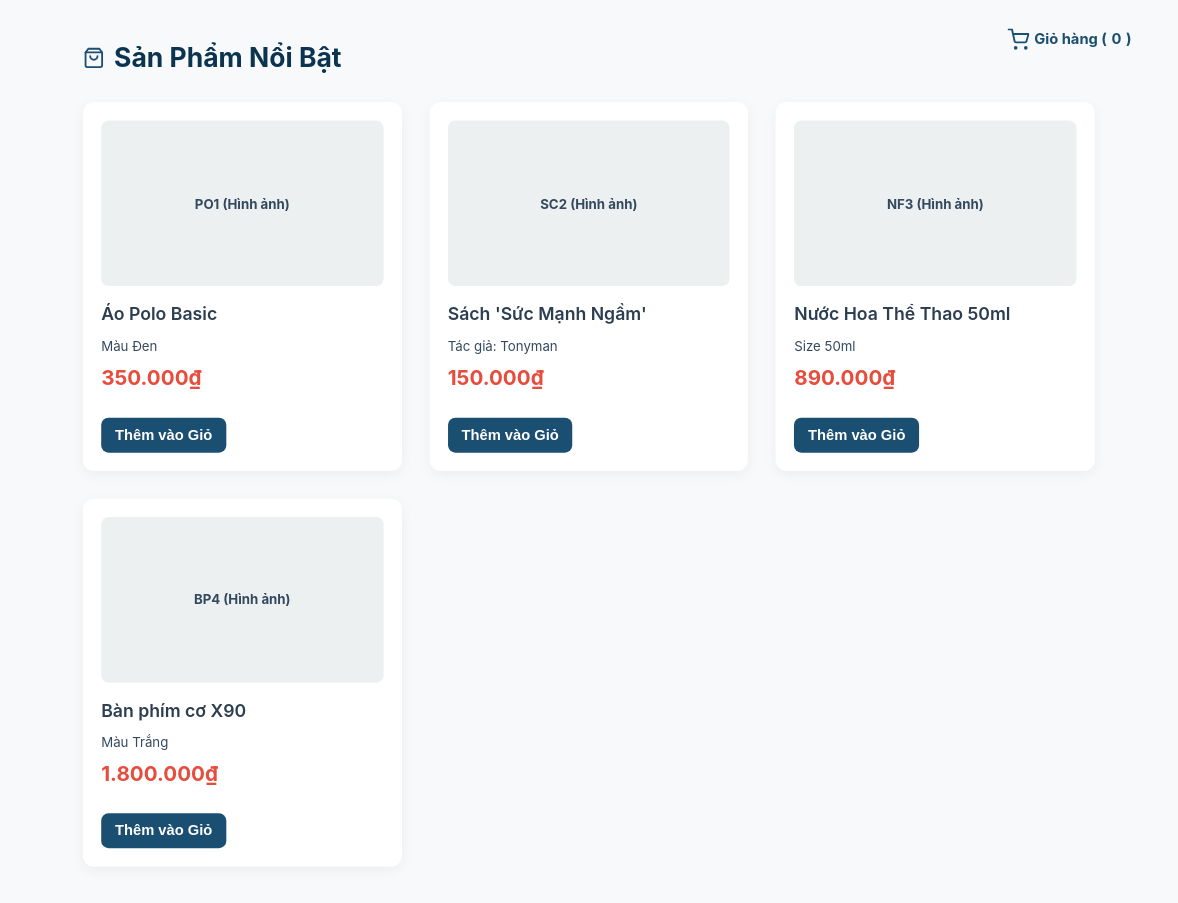
Repository: binhphanbp/ECMAScript_WEB501_WD20301
Page: Lab/Lab4/Lab444/products.html
These files come from the project's save history. The page is drawn as it stood at one moment and after the next save; the edit follows.
The browser window is 1280 px wide. The pictures show the whole page, at 92% of full size.

Above is the page before, as saved 2025-09-30 10:05:30.
Console error (its wording comes from the project's code and is left out).

### Lab/Lab4/Lab444/products.html
<!DOCTYPE html>
<html lang="vi">
  <head>
    <meta charset="UTF-8" />
    <meta name="viewport" content="width=device-width, initial-scale=1.0" />
    <title>Danh sách Sản phẩm</title>
    <link rel="stylesheet" href="style.css" />
    <style>
      /* CSS Riêng cho trang Products */
      .products-grid {
        display: grid;
        grid-template-columns: repeat(auto-fit, minmax(280px, 1fr));
        gap: 30px;
      }
      .product-card {
        background: var(--card-bg);
        border-radius: var(--border-radius);
        box-shadow: var(--shadow-light);
        padding: 20px;
        display: flex;
        flex-direction: column;
        transition: transform 0.2s;
      }
      .product-card:hover {
        transform: translateY(-5px);
        box-shadow: 0 8px 20px rgba(0, 0, 0, 0.1);
      }
      .product-image {
        width: 100%;
        height: 180px;
        background-color: #ecf0f1;
        border-radius: 8px;
        margin-bottom: 15px;
        display: flex;
        align-items: center;
        justify-content: center;
        font-size: 0.9rem;
        color: var(--text-color);
        font-weight: bold;
      }
      .product-title {
        font-size: 1.2rem;
        color: var(--blue-info);
        margin-bottom: 8px;
        font-weight: 600;
      }
      .product-price {
        font-size: 1.4rem;
        color: var(--red-sale);
        font-weight: bold;
        margin-top: auto;
        margin-bottom: 15px;
      }
      .product-card .btn {
        margin-top: 10px;
        width: auto;
        align-self: flex-start;
        padding: 10px 15px;
        font-size: 1rem;
      }
      .cart-icon-link {
        position: fixed;
        top: 30px;
        right: 50px;
        text-decoration: none;
        color: var(--primary-color);
        font-weight: bold;
        display: flex;
        align-items: center;
        gap: 5px;
      }
      .cart-count {
        background-color: var(--red-sale);
        color: white;
        border-radius: 50%;
        padding: 3px 8px;
        font-size: 0.8rem;
      }
    </style>
  </head>
  <body>
    <main class="container">
      <h1 class="page-title">
        <svg
          xmlns="http://www.w3.org/2000/svg"
          width="24"
          height="24"
          viewBox="0 0 24 24"
          fill="none"
          stroke="currentColor"
          stroke-width="2"
          stroke-linecap="round"
          stroke-linejoin="round"
        >
          <path d="M6 2L3 6v14c0 1.1.9 2 2 2h14a2 2 0 0 0 2-2V6l-3-4H6z" />
          <path d="M3 6h18" />
          <path d="M16 10a4 4 0 0 1-8 0" />
        </svg>
        Sản Phẩm Nổi Bật
      </h1>

      <a href="cart.html" class="cart-icon-link">
        <svg
          xmlns="http://www.w3.org/2000/svg"
          width="24"
          height="24"
          viewBox="0 0 24 24"
          fill="none"
          stroke="currentColor"
          stroke-width="2"
          stroke-linecap="round"
          stroke-linejoin="round"
        >
          <circle cx="9" cy="21" r="1" />
          <circle cx="20" cy="21" r="1" />
          <path
            d="M1 1h4l2.68 12.08a2 2 0 0 0 2 1.92h9.23a2 2 0 0 0 2-1.92L23 6H6"
          />
        </svg>
        Giỏ hàng (<span id="global-cart-count">0</span>)
      </a>

      <div id="products-grid" class="products-grid"></div>
    </main>

    <script src="main.js"></script>
  </body>
</html>

### Lab/Lab4/Lab444/style.css
/* ==========================================================
   1. VARIABLES & RESET
   ========================================================== */
:root {
  --primary-color: #1b4f72; /* Xanh Navy Đậm */
  --primary-dark: #0a3450; /* Xanh Gần Đen */
  --text-color: #34495e; /* Xám đậm */
  --background-color: #f8f9fa; /* Nền trang trắng/xám rất nhạt */
  --card-bg: #ffffff;
  --border-color: #e0e0e0;
  --shadow-light: 0 4px 15px rgba(0, 0, 0, 0.05);
  --spacing-md: 20px;
  --border-radius: 12px;
  --red-sale: #e74c3c; /* Giá sale */
  --blue-info: #2c3e50; /* Tiêu đề khối */
  --active-bg-light: #e6f7ff; /* Nền sáng khi active */
}

* {
  box-sizing: border-box;
  margin: 0;
  padding: 0;
}

body {
  font-family: 'Inter', 'Arial', sans-serif;
  line-height: 1.6;
  color: var(--text-color);
  background-color: var(--background-color);
}

.container {
  width: 90%;
  max-width: 1100px;
  margin: 40px auto;
}

/* ==========================================================
   2. TYPOGRAPHY & HEADERS
   ========================================================== */
.page-title {
  font-size: 1.8rem;
  color: var(--primary-dark);
  margin-bottom: 25px;
  display: flex;
  align-items: center;
}
.page-title svg {
  margin-right: 10px;
  color: var(--primary-color);
}
h2 {
  font-size: 1.3rem;
  margin-bottom: var(--spacing-md);
  color: var(--blue-info);
}

/* ==========================================================
   3. LAYOUT & BOXES
   ========================================================== */
.main-layout {
  display: grid;
  grid-template-columns: 2fr 1.2fr;
  gap: 30px;
  align-items: flex-start;
}

.content-box {
  padding: var(--spacing-md);
  background: var(--card-bg);
  border-radius: var(--border-radius);
  box-shadow: var(--shadow-light);
}

/* ==========================================================
   4. BUTTONS & FORMS
   ========================================================== */
.btn {
  display: block;
  width: 100%;
  padding: 12px 20px;
  text-align: center;
  text-decoration: none;
  border-radius: 8px;
  font-weight: bold;
  cursor: pointer;
  transition: all 0.2s;
  border: none;
  font-size: 1.1rem;
}

.btn-primary {
  background-color: var(--primary-color);
  color: white;
}

.btn-primary:hover {
  background-color: var(--primary-dark);
  transform: translateY(-1px);
  box-shadow: 0 5px 15px rgba(27, 79, 114, 0.3);
}

.change-address-btn {
  color: var(--primary-color);
  text-decoration: none;
  font-size: 0.9rem;
  cursor: pointer;
}

.form-group input,
.form-group textarea,
.form-group select {
  width: 100%;
  padding: 10px;
  border: 1px solid #ced4da;
  border-radius: 6px;
  font-size: 1rem;
  transition: all 0.2s;
}

/* ==========================================================
   5. CART PAGE SPECIFIC (CẢI THIỆN LỚN)
   ========================================================== */
.cart-items-list {
  display: flex;
  flex-direction: column;
}
.cart-item {
  display: grid;
  grid-template-columns: 3fr 1fr 1fr 50px; /* Info | Quantity | Subtotal | Delete */
  gap: 15px;
  align-items: center;
  padding: 15px 0;
  border-bottom: 1px solid var(--border-color);
}
.item-info {
  display: flex;
  align-items: center;
  gap: 15px;
}
.item-img-placeholder {
  width: 60px;
  height: 60px;
  min-width: 60px;
  background-color: #ecf0f1;
  border-radius: 6px;
  display: flex;
  align-items: center;
  justify-content: center;
  font-weight: bold;
  color: var(--text-color);
  font-size: 0.8rem;
  overflow: hidden;
}
.item-details strong {
  display: block;
  font-size: 1rem;
  color: var(--blue-info);
  margin-bottom: 4px;
}
.item-details p {
  font-size: 0.85rem;
  color: #7f8c8d;
}

/* Nút Cộng/Trừ làm đẹp hơn */
.quantity-control {
  display: flex;
  align-items: center;
  border: 1px solid var(--border-color);
  border-radius: 6px;
  overflow: hidden;
  height: 38px;
}
.quantity-control button {
  background: none;
  border: none;
  padding: 0 12px;
  height: 100%;
  cursor: pointer;
  font-weight: bold;
  color: var(--primary-color);
  transition: background-color 0.2s;
}
.quantity-control button:hover {
  background-color: var(--active-bg-light);
}
.quantity-control input {
  width: 40px;
  text-align: center;
  border: none;
  padding: 0;
  font-weight: 600;
}
.item-subtotal {
  text-align: right;
  font-weight: bold;
  color: var(--red-sale);
}
.delete-btn {
  background: none;
  border: none;
  color: var(--red-sale);
  cursor: pointer;
  opacity: 0.7;
  transition: opacity 0.2s;
}
.delete-btn:hover {
  opacity: 1;
}

/* Voucher List Cải tiến */
.voucher-list {
  margin-bottom: 20px;
  /* Giới hạn chiều cao cho scroll thông minh (tối đa 3 voucher + padding) */
  max-height: calc(3 * 60px + 10px);
  overflow-y: auto;
  padding-right: 10px;
  scrollbar-width: thin;
  scrollbar-color: var(--primary-color) var(--border-color);
}
.voucher-item {
  padding: 10px;
  border: 1px solid var(--border-color);
  border-radius: 8px;
  margin-bottom: 10px;
  cursor: pointer;
  font-size: 0.9rem;
  transition: all 0.2s;
  display: flex;
  justify-content: space-between;
  align-items: center;
  position: relative;
  background-color: #f7f9fb;
}
.voucher-item.active {
  border-color: var(--primary-color);
  background-color: var(--active-bg-light);
  font-weight: bold;
  box-shadow: 0 0 0 2px var(--primary-color) inset;
}
.voucher-item strong {
  font-size: 1.1rem;
  color: var(--primary-dark);
}

/* ==========================================================
   6. CHECKOUT & VIEW ORDER SHARED
   ========================================================== */
.summary-details .summary-line {
  display: flex;
  justify-content: space-between;
  padding: 5px 0;
  font-size: 0.95rem;
}
.summary-total {
  border-top: none;
  margin-bottom: 0;
}
.final-total-line {
  margin-top: 15px;
  padding-top: 10px;
  border-top: 2px solid var(--border-color);
  display: flex;
  justify-content: space-between;
  font-size: 1.2rem;
}
.total-price {
  color: var(--red-sale);
  font-size: 1.5rem;
}

/* View Order / Modal Style */
.order-details-display h3 {
  font-size: 1.2rem;
  color: var(--primary-color);
  margin-top: 20px;
  padding-bottom: 5px;
  border-bottom: 1px solid var(--border-color);
}
.info-group p {
  margin-bottom: 5px;
  display: flex;
  justify-content: space-between;
}
.order-item-summary {
  display: flex;
  justify-content: space-between;
  padding: 8px 0;
  font-size: 0.95rem;
  border-bottom: 1px dotted var(--border-color);
}
.order-id-label {
  font-size: 1.1rem;
  font-weight: 600;
  color: var(--red-sale);
}
.order-success-title {
  text-align: center;
  color: var(--primary-dark);
  margin-bottom: 15px;
}

Loaded but not shown: Lab/Lab4/Lab444/main.js (540 lines, source omitted)

After the next save:
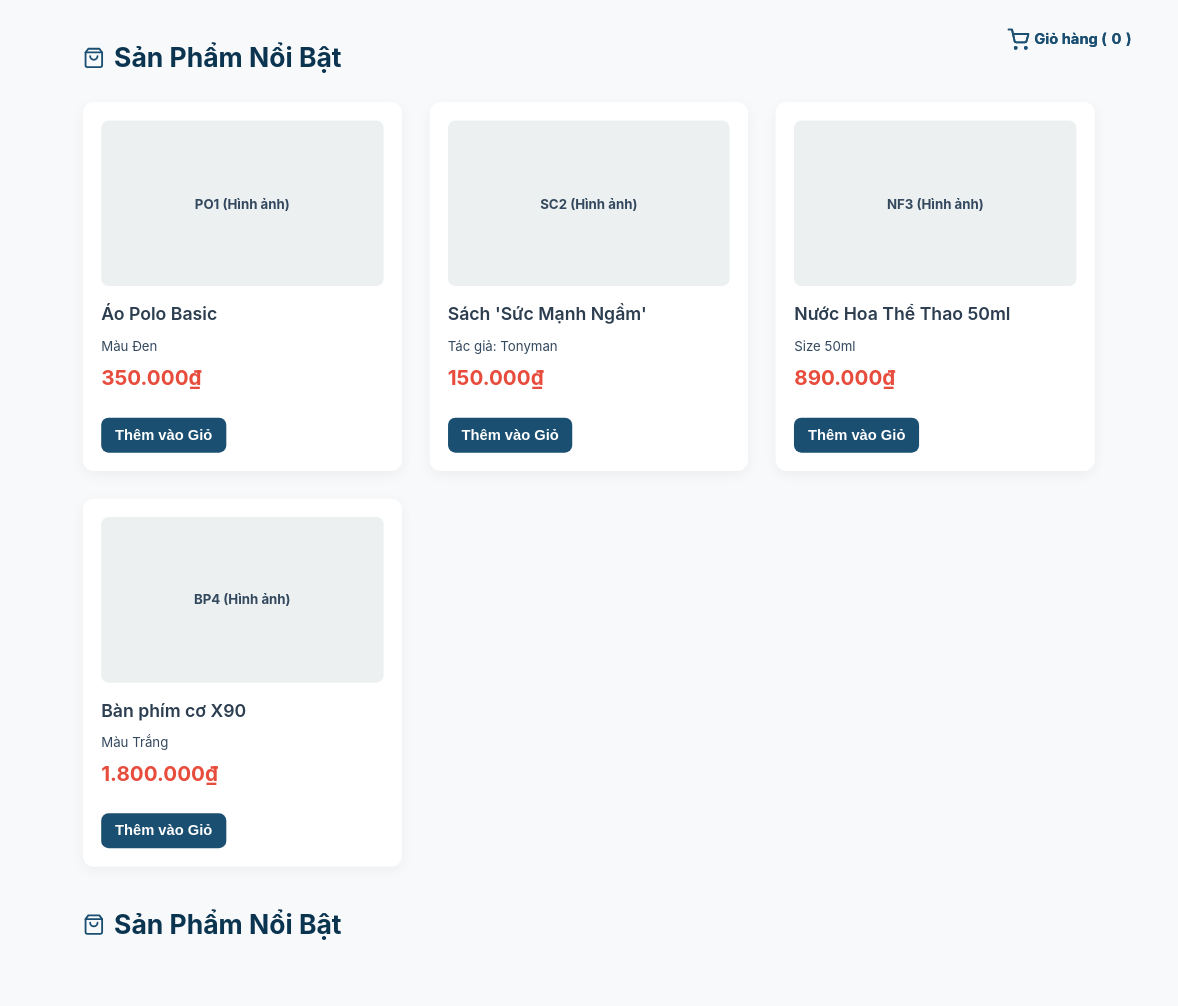
Console error: SyntaxError: Identifier 'LOCAL_STORAGE_KEY' has already been declared
Saved 6 s later.
--- a/Lab/Lab4/Lab444/products.html
+++ b/Lab/Lab4/Lab444/products.html
@@ -126,3 +126,131 @@
     <script src="main.js"></script>
   </body>
 </html>
+<!DOCTYPE html>
+<html lang="vi">
+  <head>
+    <meta charset="UTF-8" />
+    <meta name="viewport" content="width=device-width, initial-scale=1.0" />
+    <title>Danh sách Sản phẩm</title>
+    <link rel="stylesheet" href="style.css" />
+    <style>
+      /* CSS Riêng cho trang Products */
+      .products-grid {
+        display: grid;
+        grid-template-columns: repeat(auto-fit, minmax(280px, 1fr));
+        gap: 30px;
+      }
+      .product-card {
+        background: var(--card-bg);
+        border-radius: var(--border-radius);
+        box-shadow: var(--shadow-light);
+        padding: 20px;
+        display: flex;
+        flex-direction: column;
+        transition: transform 0.2s;
+      }
+      .product-card:hover {
+        transform: translateY(-5px);
+        box-shadow: 0 8px 20px rgba(0, 0, 0, 0.1);
+      }
+      .product-image {
+        width: 100%;
+        height: 180px;
+        background-color: #ecf0f1;
+        border-radius: 8px;
+        margin-bottom: 15px;
+        display: flex;
+        align-items: center;
+        justify-content: center;
+        font-size: 0.9rem;
+        color: var(--text-color);
+        font-weight: bold;
+      }
+      .product-title {
+        font-size: 1.2rem;
+        color: var(--blue-info);
+        margin-bottom: 8px;
+        font-weight: 600;
+      }
+      .product-price {
+        font-size: 1.4rem;
+        color: var(--red-sale);
+        font-weight: bold;
+        margin-top: auto;
+        margin-bottom: 15px;
+      }
+      .product-card .btn {
+        margin-top: 10px;
+        width: auto;
+        align-self: flex-start;
+        padding: 10px 15px;
+        font-size: 1rem;
+      }
+      .cart-icon-link {
+        position: fixed;
+        top: 30px;
+        right: 50px;
+        text-decoration: none;
+        color: var(--primary-color);
+        font-weight: bold;
+        display: flex;
+        align-items: center;
+        gap: 5px;
+      }
+      .cart-count {
+        background-color: var(--red-sale);
+        color: white;
+        border-radius: 50%;
+        padding: 3px 8px;
+        font-size: 0.8rem;
+      }
+    </style>
+  </head>
+  <body>
+    <main class="container">
+      <h1 class="page-title">
+        <svg
+          xmlns="http://www.w3.org/2000/svg"
+          width="24"
+          height="24"
+          viewBox="0 0 24 24"
+          fill="none"
+          stroke="currentColor"
+          stroke-width="2"
+          stroke-linecap="round"
+          stroke-linejoin="round"
+        >
+          <path d="M6 2L3 6v14c0 1.1.9 2 2 2h14a2 2 0 0 0 2-2V6l-3-4H6z" />
+          <path d="M3 6h18" />
+          <path d="M16 10a4 4 0 0 1-8 0" />
+        </svg>
+        Sản Phẩm Nổi Bật
+      </h1>
+
+      <a href="cart.html" class="cart-icon-link">
+        <svg
+          xmlns="http://www.w3.org/2000/svg"
+          width="24"
+          height="24"
+          viewBox="0 0 24 24"
+          fill="none"
+          stroke="currentColor"
+          stroke-width="2"
+          stroke-linecap="round"
+          stroke-linejoin="round"
+        >
+          <circle cx="9" cy="21" r="1" />
+          <circle cx="20" cy="21" r="1" />
+          <path
+            d="M1 1h4l2.68 12.08a2 2 0 0 0 2 1.92h9.23a2 2 0 0 0 2-1.92L23 6H6"
+          />
+        </svg>
+        Giỏ hàng (<span id="global-cart-count">0</span>)
+      </a>
+
+      <div id="products-grid" class="products-grid"></div>
+    </main>
+
+    <script src="main.js"></script>
+  </body>
+</html>

After the save that followed:
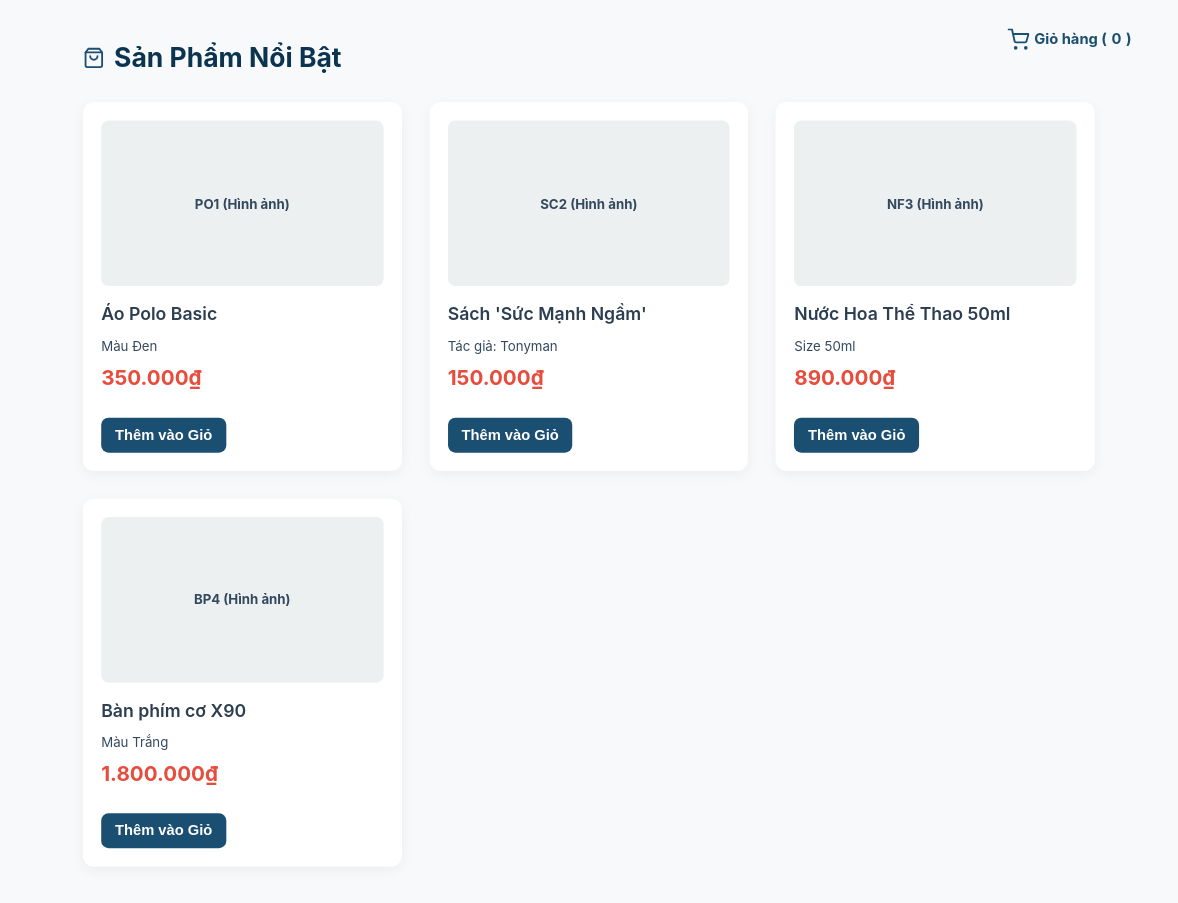
Console error (its wording comes from the project's code and is left out).
Saved 52 s later.
--- a/Lab/Lab4/Lab444/products.html
+++ b/Lab/Lab4/Lab444/products.html
@@ -126,131 +126,3 @@
     <script src="main.js"></script>
   </body>
 </html>
-<!DOCTYPE html>
-<html lang="vi">
-  <head>
-    <meta charset="UTF-8" />
-    <meta name="viewport" content="width=device-width, initial-scale=1.0" />
-    <title>Danh sách Sản phẩm</title>
-    <link rel="stylesheet" href="style.css" />
-    <style>
-      /* CSS Riêng cho trang Products */
-      .products-grid {
-        display: grid;
-        grid-template-columns: repeat(auto-fit, minmax(280px, 1fr));
-        gap: 30px;
-      }
-      .product-card {
-        background: var(--card-bg);
-        border-radius: var(--border-radius);
-        box-shadow: var(--shadow-light);
-        padding: 20px;
-        display: flex;
-        flex-direction: column;
-        transition: transform 0.2s;
-      }
-      .product-card:hover {
-        transform: translateY(-5px);
-        box-shadow: 0 8px 20px rgba(0, 0, 0, 0.1);
-      }
-      .product-image {
-        width: 100%;
-        height: 180px;
-        background-color: #ecf0f1;
-        border-radius: 8px;
-        margin-bottom: 15px;
-        display: flex;
-        align-items: center;
-        justify-content: center;
-        font-size: 0.9rem;
-        color: var(--text-color);
-        font-weight: bold;
-      }
-      .product-title {
-        font-size: 1.2rem;
-        color: var(--blue-info);
-        margin-bottom: 8px;
-        font-weight: 600;
-      }
-      .product-price {
-        font-size: 1.4rem;
-        color: var(--red-sale);
-        font-weight: bold;
-        margin-top: auto;
-        margin-bottom: 15px;
-      }
-      .product-card .btn {
-        margin-top: 10px;
-        width: auto;
-        align-self: flex-start;
-        padding: 10px 15px;
-        font-size: 1rem;
-      }
-      .cart-icon-link {
-        position: fixed;
-        top: 30px;
-        right: 50px;
-        text-decoration: none;
-        color: var(--primary-color);
-        font-weight: bold;
-        display: flex;
-        align-items: center;
-        gap: 5px;
-      }
-      .cart-count {
-        background-color: var(--red-sale);
-        color: white;
-        border-radius: 50%;
-        padding: 3px 8px;
-        font-size: 0.8rem;
-      }
-    </style>
-  </head>
-  <body>
-    <main class="container">
-      <h1 class="page-title">
-        <svg
-          xmlns="http://www.w3.org/2000/svg"
-          width="24"
-          height="24"
-          viewBox="0 0 24 24"
-          fill="none"
-          stroke="currentColor"
-          stroke-width="2"
-          stroke-linecap="round"
-          stroke-linejoin="round"
-        >
-          <path d="M6 2L3 6v14c0 1.1.9 2 2 2h14a2 2 0 0 0 2-2V6l-3-4H6z" />
-          <path d="M3 6h18" />
-          <path d="M16 10a4 4 0 0 1-8 0" />
-        </svg>
-        Sản Phẩm Nổi Bật
-      </h1>
-
-      <a href="cart.html" class="cart-icon-link">
-        <svg
-          xmlns="http://www.w3.org/2000/svg"
-          width="24"
-          height="24"
-          viewBox="0 0 24 24"
-          fill="none"
-          stroke="currentColor"
-          stroke-width="2"
-          stroke-linecap="round"
-          stroke-linejoin="round"
-        >
-          <circle cx="9" cy="21" r="1" />
-          <circle cx="20" cy="21" r="1" />
-          <path
-            d="M1 1h4l2.68 12.08a2 2 0 0 0 2 1.92h9.23a2 2 0 0 0 2-1.92L23 6H6"
-          />
-        </svg>
-        Giỏ hàng (<span id="global-cart-count">0</span>)
-      </a>
-
-      <div id="products-grid" class="products-grid"></div>
-    </main>
-
-    <script src="main.js"></script>
-  </body>
-</html>
